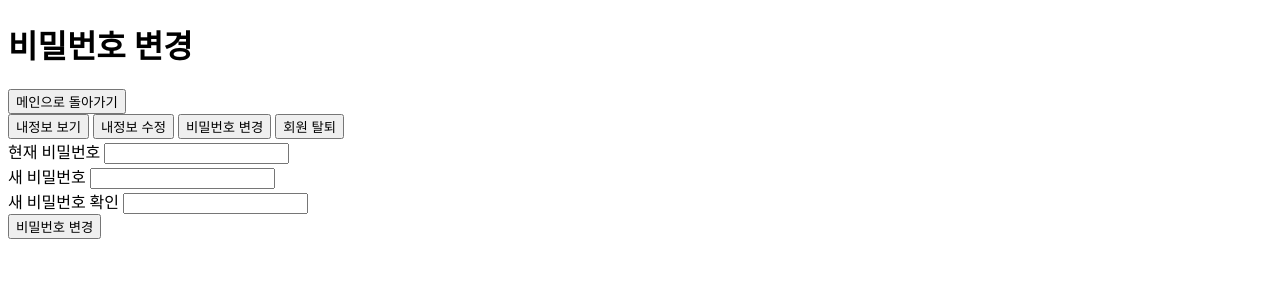
Repository: YoungHan-Jo/spring-education
Page: http://localhost/spring-legacy/WEB-INF/views/member/deleteMember.jsp
An editor plug-in stored every save of this project. The page is shown before and after the next save, followed by the edit.
The browser window is 1280 px wide. The pictures show the whole page.
The page is served by Tomcat 9. Nobody is signed in. Other server files are loaded and not shown. The template is opened directly, without the code that normally fills it, so the values that code supplies are empty.

Above is the page before, as saved 2021-12-09 07:01:53.

### spring-studyPrac/spring-legacy/src/main/webapp/WEB-INF/views/member/deleteMember.jsp
<%@ page language="java" contentType="text/html; charset=UTF-8"
	pageEncoding="UTF-8"%>
<%@ taglib uri="http://java.sun.com/jsp/jstl/core" prefix="c" %>

<!DOCTYPE html>
<html>
<head>
	<title>Home</title>
</head>
<body>
<h1>
	비밀번호 변경
</h1>

<button onclick="location.href='/'">메인으로 돌아가기</button>
<br>
<button onclick="location.href='/member/myInfo'">내정보 보기</button>
<button onclick="location.href='/member/modify'">내정보 수정</button>
<button onclick="location.href='/member/passwd'">비밀번호 변경</button>
<button onclick="location.href='/member/delete'">회원 탈퇴</button>

<form action="/member/passwd" method="POST">

<label>현재 비밀번호</label>
<input type="password" name="passwd" /> <br>
<label>새 비밀번호</label>
<input type="password" name="newPasswd1" /> <br>
<label>새 비밀번호 확인</label>
<input type="password" name="newPasswd2" /> <br>

<button type="submit">비밀번호 변경</button>
</form>

</body>
</html>

After the next save:
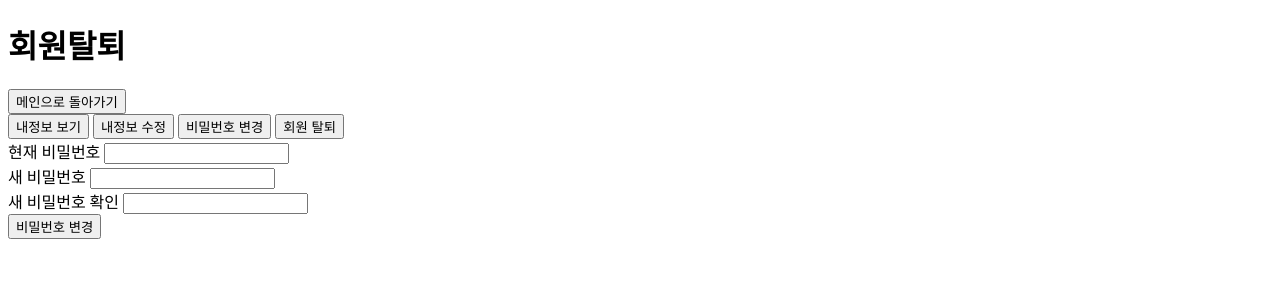
Saved 52 min 52 s later.
--- a/spring-studyPrac/spring-legacy/src/main/webapp/WEB-INF/views/member/deleteMember.jsp
+++ b/spring-studyPrac/spring-legacy/src/main/webapp/WEB-INF/views/member/deleteMember.jsp
@@ -9,7 +9,7 @@
 </head>
 <body>
 <h1>
-	비밀번호 변경
+	회원탈퇴
 </h1>
 
 <button onclick="location.href='/'">메인으로 돌아가기</button>
